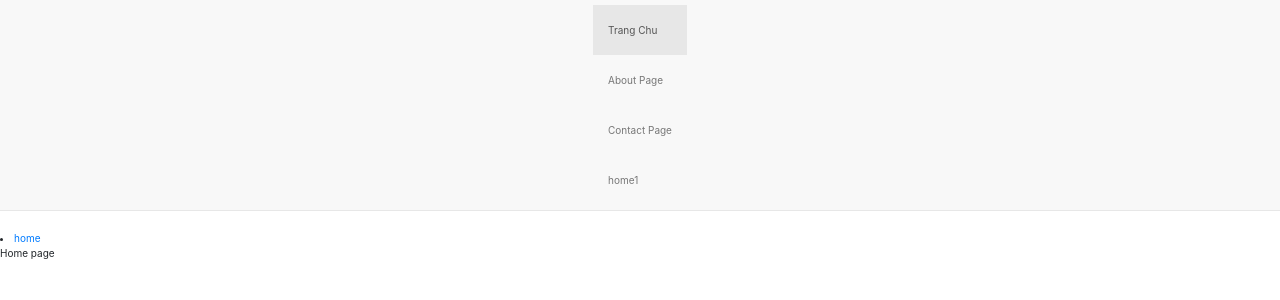
Repository: hntvip/react-route
Page: /
These files come from the project's save history. The page is drawn as it stood at one moment and after the next save; the edit follows.
The browser window is 1280 px wide. The pictures show the whole page.
The project was rebuilt for these pictures with package versions that can differ from the ones it lists, and the page was loaded fresh each time. Also part of the build but not shown: src/components/About.js, src/components/Contact.js.

Above is the page before, as saved 2019-11-28 10:46:17.

### public/index.html
<!DOCTYPE html>
<html lang="en">
  <head>
    <meta charset="utf-8" />
    <link rel="icon" href="%PUBLIC_URL%/favicon.ico" />
    <meta name="viewport" content="width=device-width, initial-scale=1" />
    <meta name="theme-color" content="#000000" />
    <meta
      name="description"
      content="Web site created using create-react-app"
    />
    <link rel="apple-touch-icon" href="logo192.png" />
    <!--
      manifest.json provides metadata used when your web app is installed on a
      user's mobile device or desktop. See https://developers.google.com/web/fundamentals/web-app-manifest/
    -->
    <link rel="manifest" href="%PUBLIC_URL%/manifest.json" />
    <!--
      Notice the use of %PUBLIC_URL% in the tags above.
      It will be replaced with the URL of the `public` folder during the build.
      Only files inside the `public` folder can be referenced from the HTML.

      Unlike "/favicon.ico" or "favicon.ico", "%PUBLIC_URL%/favicon.ico" will
      work correctly both with client-side routing and a non-root public URL.
      Learn how to configure a non-root public URL by running `npm run build`.
    -->
    <title>React App</title>

    <!-- Latest compiled and minified CSS & JS -->
    <link rel="stylesheet" media="screen" href="//netdna.bootstrapcdn.com/bootstrap/3.3.4/css/bootstrap.min.css">
    <script src="//code.jquery.com/jquery.js"></script>
    <script src="//netdna.bootstrapcdn.com/bootstrap/3.3.4/js/bootstrap.min.js"></script>

  </head>
  <body>
    <noscript>You need to enable JavaScript to run this app.</noscript>
    <div id="root"></div>
    <!--
      This HTML file is a template.
      If you open it directly in the browser, you will see an empty page.

      You can add webfonts, meta tags, or analytics to this file.
      The build step will place the bundled scripts into the <body> tag.

      To begin the development, run `npm start` or `yarn start`.
      To create a production bundle, use `npm run build` or `yarn build`.
    -->
  </body>
</html>

### src/index.js
import React from 'react';
import ReactDOM from 'react-dom';
import './index.css';
import App from './App';
import * as serviceWorker from './serviceWorker';

import '../node_modules/bootstrap/dist/css/bootstrap.css';

ReactDOM.render(<App />, document.getElementById('root'));

// If you want your app to work offline and load faster, you can change
// unregister() to register() below. Note this comes with some pitfalls.
// Learn more about service workers: https://bit.ly/CRA-PWA
serviceWorker.unregister();

### src/App.js
import React, { Component } from 'react';
import { BrowserRouter as Router, Route, Switch, Link} from 'react-router-dom';
import Menu from './components/Menu';
import About from './components/About';
import Home from './components/Home';
import Contact from './components/Contact';
const MenuLink = ({label, to, activeOnlyWhenExact}) => {
  return (
    <Route path={to} exact={activeOnlyWhenExact} children={({match})=>{
      var active = match ? 'active': 'abc'
      return (
        <li className={active}>
          <Link to={to} className="my-link">{label}</Link>
        </li>
      )
    }}>
    </Route>
  )
}
class App extends Component {
  render(){
    return (
      <Router>
        <div className="App">
          <Menu/>
          <MenuLink to="/home"
            label='home'
            activeOnlyWhenExact='true'
          />
          {/* Noi Dung */}
          <Switch>
            <Route path="/" exact component={Home}></Route>
            <Route path="/contact" component={Contact}></Route>
            <Route path="/about" component={About}></Route>
          </Switch>
        </div>
      </Router>
    )
  }
}

export default App;

### src/components/Menu.js
import React, { Component } from 'react';
import { Route, Link} from 'react-router-dom';

const menus = [
  {
    name: 'Trang Chu',
    to:'/',
    exact: true
  },{
    name: 'About Page',
    to:'/about',
    exact: false
  },{
    name: 'Contact Page',
    to:'/contact',
    exact: false
  }
]
const MenuLink = ({label, to, activeOnlyWhenExact}) => {
  return (
    <Route path={to} exact={activeOnlyWhenExact} children={({match})=>{
      var active = match ? 'active': 'abc'
      return (
        <li className={active}>
          <Link to={to} className="my-link">{label}</Link>
        </li>
      )
    }}>
    </Route>
  )
}

class Menu extends Component{
  render(){
    return(
      <nav className="navbar navbar-default navbar-fixed-top" role="navigation">
        <ul className="nav navbar-nav">
          { this.showMenu(menus) }
          <MenuLink to="/home1"
            label='home1'
            activeOnlyWhenExact='true'
          />
        </ul>
      </nav>
    );
  }

  showMenu = (menus) => {
    var result = null;
    console.log(menus)
    if ( menus.length > 0 ){
      result = menus.map((menu, index) => {
        return (
          <MenuLink to={menu.to}
            key={index}
            label={menu.name}
            activeOnlyWhenExact={menu.exact}
          />
        )
      })
    }
    return result;
  }
}

export default Menu;

### src/components/Home.js
import React from 'react';

function Home() {
  return (
    <div>Home page</div>
  );
}

export default Home;

Loaded but not shown: src/index.css (common file); src/serviceWorker.js (common file)

After the next save:
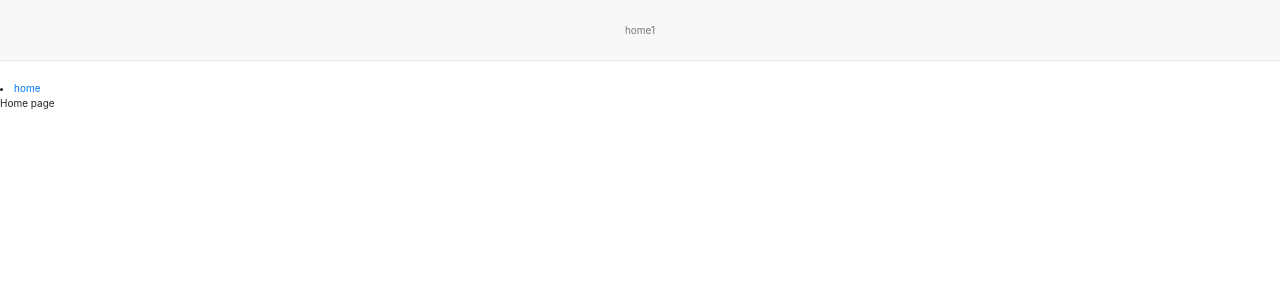
Saved 10 s later.
--- a/src/components/Menu.js
+++ b/src/components/Menu.js
@@ -35,7 +35,6 @@
     return(
       <nav className="navbar navbar-default navbar-fixed-top" role="navigation">
         <ul className="nav navbar-nav">
-          { this.showMenu(menus) }
           <MenuLink to="/home1"
             label='home1'
             activeOnlyWhenExact='true'

After the 3 saves that followed:
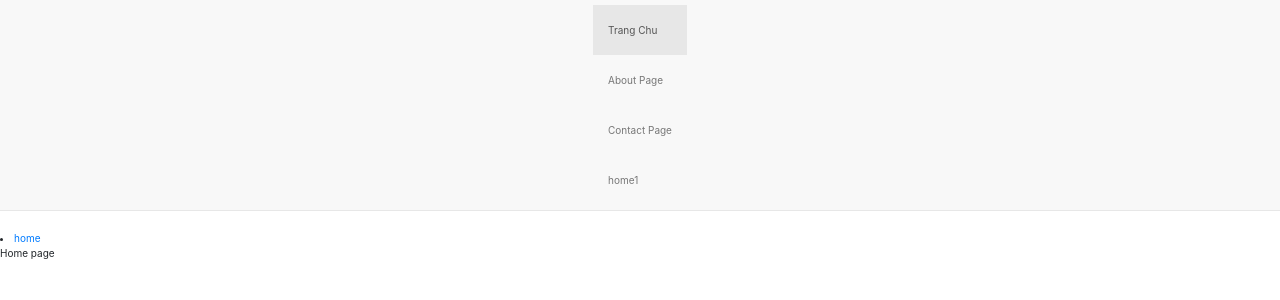
The 3 saves are shown as one change because 2 left the picture as it was.
The last was saved 52 s later.
--- a/src/components/Menu.js
+++ b/src/components/Menu.js
@@ -35,6 +35,7 @@
     return(
       <nav className="navbar navbar-default navbar-fixed-top" role="navigation">
         <ul className="nav navbar-nav">
+          { this.showMenus(menus)}
           <MenuLink to="/home1"
             label='home1'
             activeOnlyWhenExact='true'
@@ -44,9 +45,8 @@
     );
   }
 
-  showMenu = (menus) => {
+  showMenus = (menus) => {
     var result = null;
-    console.log(menus)
     if ( menus.length > 0 ){
       result = menus.map((menu, index) => {
         return (
